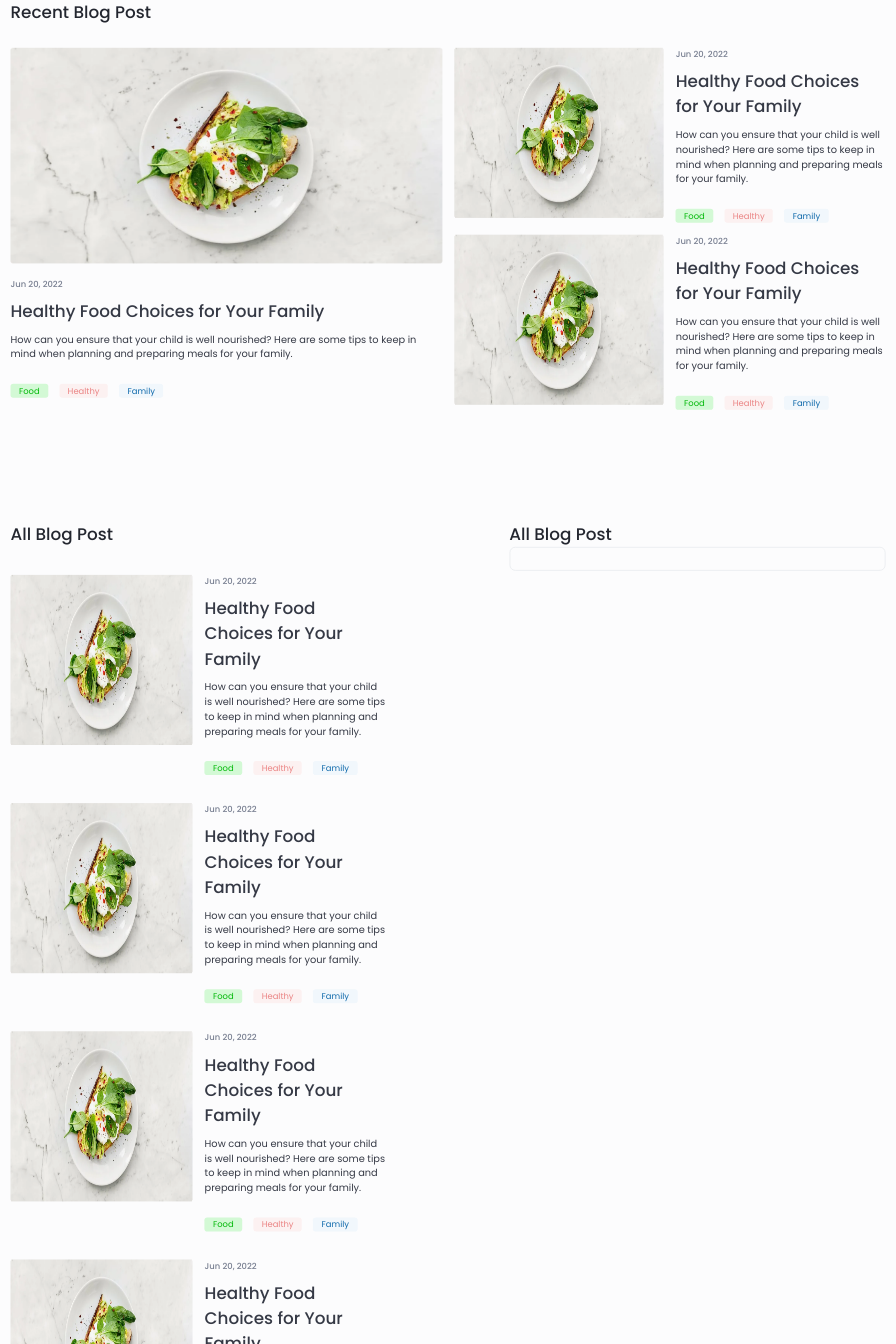
Repository: Toan3333/fooz
Page: assets/pages/blog.html
These files come from the project's save history. The page is drawn as it stood at one moment and after the next save; the edit follows.
The browser window is 1280 px wide. The pictures show the part of the page from y = 345 to 2265 px (the page is 3194 px tall), at 70% of full size.
Some web fonts or font styles are not loaded; a fallback is used.

Above is the page before, as saved 2023-06-01 14:01:11.

After the next save:
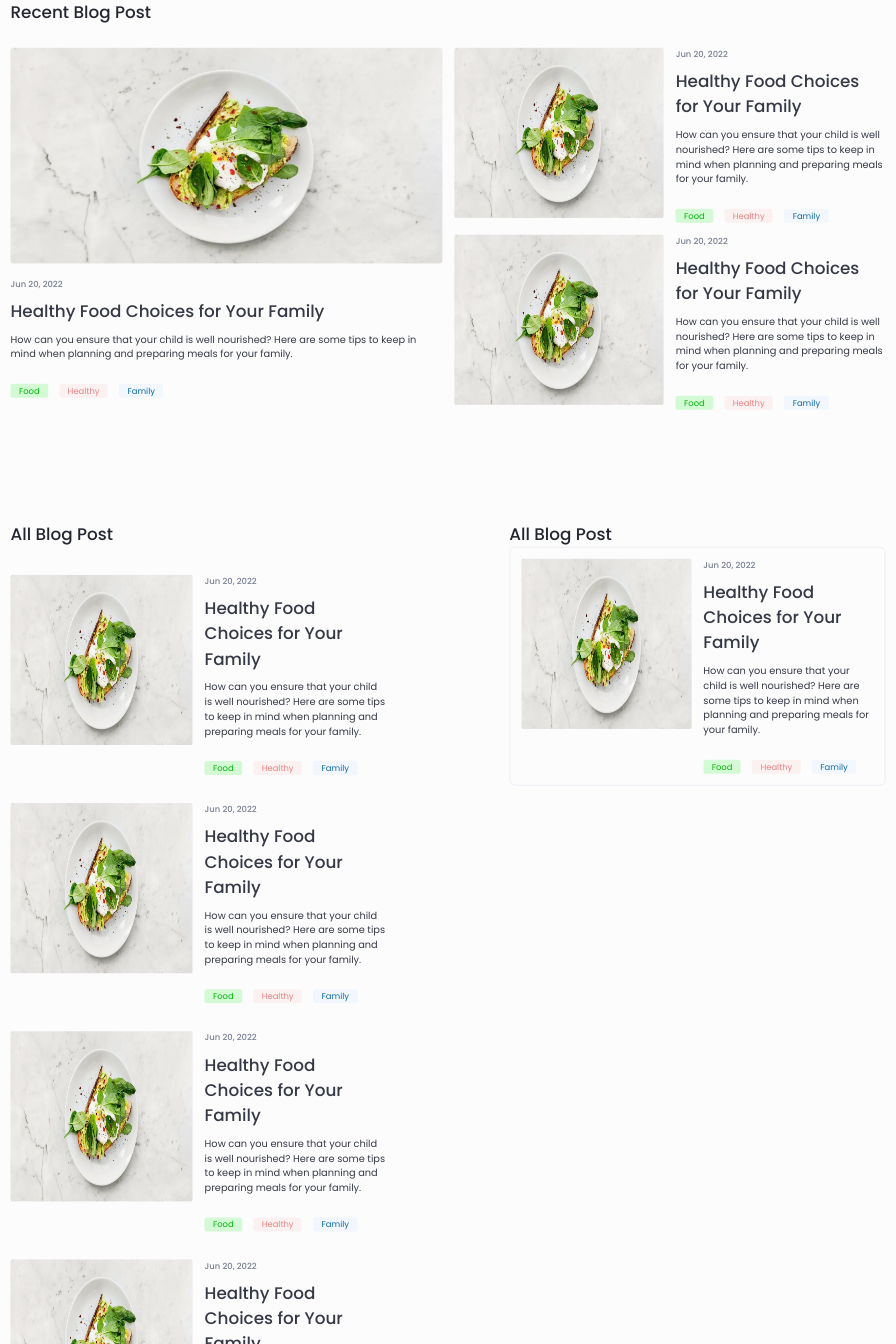
Saved 13 s later.
--- a/assets/pages/blog.html
+++ b/assets/pages/blog.html
@@ -287,7 +287,33 @@
             </div>
             <div class="all-blog__right">
               <div class="our-blog__heading">All Blog post</div>
-              <div class="all-blog__box"></div>
+              <div class="all-blog__box">
+                <div class="our-blog__items">
+                  <div class="our-blog__image our-blog__list__image">
+                    <img
+                      class="our-blog__images"
+                      src="/assets/images/blog-4.png"
+                      alt=""
+                    />
+                  </div>
+                  <div class="our-blog__content our-blog__list__content">
+                    <div class="our-blog__date">Jun 20, 2022</div>
+                    <div class="our-blog__title">
+                      Healthy Food Choices for Your Family
+                    </div>
+                    <div class="our-blog__text">
+                      How can you ensure that your child is well nourished? Here
+                      are some tips to keep in mind when planning and preparing
+                      meals for your family.
+                    </div>
+                    <ul class="our-blog__tag">
+                      <li class="our-blog__item">Food</li>
+                      <li class="our-blog__item">Healthy</li>
+                      <li class="our-blog__item">Family</li>
+                    </ul>
+                  </div>
+                </div>
+              </div>
             </div>
           </div>
         </div>
